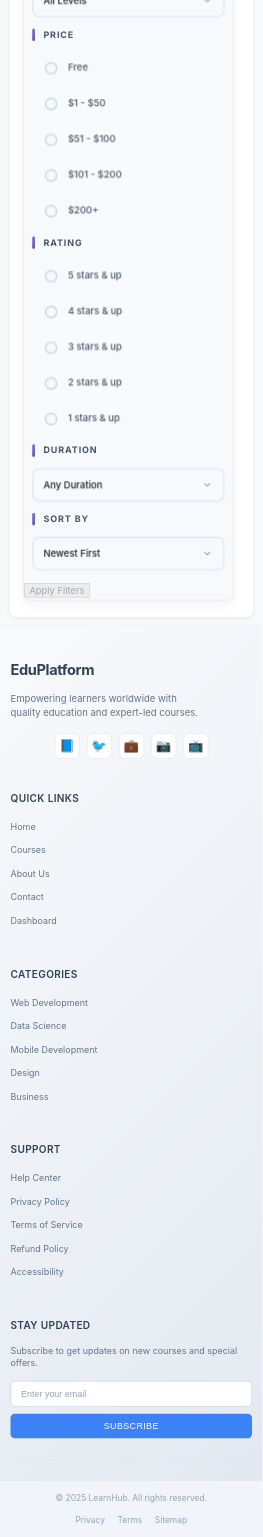
Repository: usama2132/E-Learning
Page: /#/courses (app in client/)
These files come from the project's save history. The page is drawn as it stood at one moment and after the next save; the edit follows.
The browser window is 375 px wide. The pictures show the part of the page from y = 1144 to 3384 px (the page is 3340 px tall before and 3384 px after), at 70% of full size.
The page's requests for data from a server got no answer. The project was rebuilt for these pictures with package versions that can differ from the ones it lists, and the page was loaded fresh each time. No one was signed in, and anything a server would have sent is missing. Also part of the build but not shown: client/craco.config.js, client/src/components/common/Sidebar.js, client/src/layouts/DashboardLayout.js, client/src/styles/components/Loading.css, client/src/components/common/Loading.js, client/src/components/common/ProtectedRoute.js, client/src/styles/components/ErrorBoundary.css, client/src/components/common/ErrorBoundary.js and 94 more.

Above is the page before, as saved 2025-09-01 09:25:42.

After the next save:
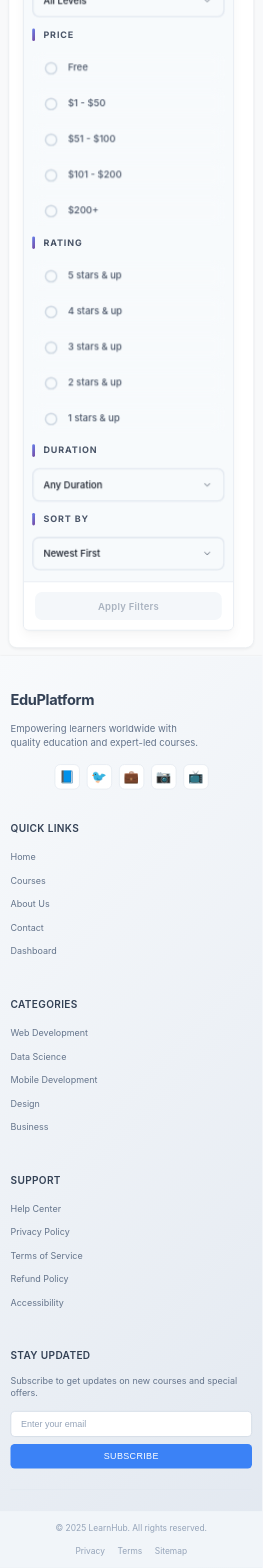
Saved 54 s later.
--- a/client/src/styles/components/CourseFilters.css
+++ b/client/src/styles/components/CourseFilters.css
@@ -661,3 +661,102 @@
     display: none !important;
   }
 }
+
+
+/* Apply Button Section */
+.course-filters__actions {
+  padding: 20px 24px;
+  border-top: 1px solid var(--border-primary);
+  background: var(--bg-secondary);
+  display: flex;
+  justify-content: center;
+  align-items: center;
+}
+
+.course-filters__apply {
+  background: var(--gradient-primary);
+  border: none;
+  color: var(--bg-primary);
+  padding: 14px 32px;
+  border-radius: 10px;
+  font-size: 1rem;
+  font-weight: 600;
+  font-family: inherit;
+  cursor: pointer;
+  transition: all 0.3s cubic-bezier(0.4, 0, 0.2, 1);
+  position: relative;
+  overflow: hidden;
+  backdrop-filter: blur(8px);
+  letter-spacing: 0.025em;
+  box-shadow: var(--shadow-sm);
+  display: flex;
+  align-items: center;
+  gap: 8px;
+  min-width: 140px;
+  justify-content: center;
+}
+
+.course-filters__apply:hover:not(:disabled) {
+  transform: translateY(-2px);
+  box-shadow: var(--shadow-md);
+  filter: brightness(1.1);
+}
+
+.course-filters__apply:active:not(:disabled) {
+  transform: translateY(0);
+}
+
+.course-filters__apply:disabled {
+  background: var(--bg-tertiary);
+  color: var(--text-tertiary);
+  cursor: not-allowed;
+  box-shadow: none;
+  opacity: 0.6;
+}
+
+.course-filters__apply.has-changes {
+  background: var(--gradient-primary);
+  animation: pulse 2s infinite;
+}
+
+.course-filters__apply .changes-indicator {
+  color: #ffd700;
+  font-size: 1.2rem;
+  animation: blink 1s infinite alternate;
+}
+
+@keyframes pulse {
+  0%, 100% { transform: scale(1); }
+  50% { transform: scale(1.02); }
+}
+
+@keyframes blink {
+  0% { opacity: 1; }
+  100% { opacity: 0.5; }
+}
+
+/* Mobile Responsive */
+@media (max-width: 768px) {
+  .course-filters__actions {
+    padding: 16px 20px;
+  }
+
+  .course-filters__apply {
+    padding: 12px 24px;
+    font-size: 0.9rem;
+    min-width: 120px;
+  }
+}
+
+@media (max-width: 480px) {
+  .course-filters__actions {
+    padding: 14px 16px;
+  }
+
+  .course-filters__apply {
+    padding: 12px 20px;
+    font-size: 0.85rem;
+    width: 100%;
+    min-width: unset;
+  }
+}
